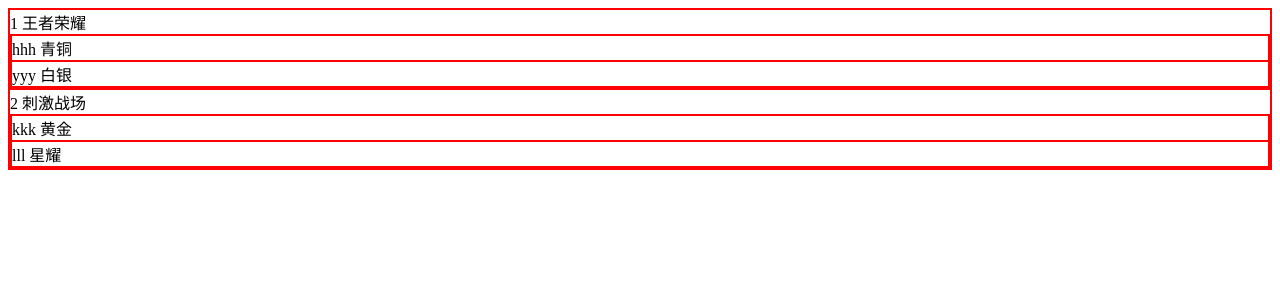
Repository: eheihaha2/whoisthespy-
Page: webDemo/WebContent/test3.html
These files come from the project's save history. The page is drawn as it stood at one moment and after the next save; the edit follows.
The browser window is 1280 px wide. The pictures show the whole page.
The page's requests for data from a server got no answer.

Above is the page before, as saved 2020-02-22 10:38:23.

After the next save:
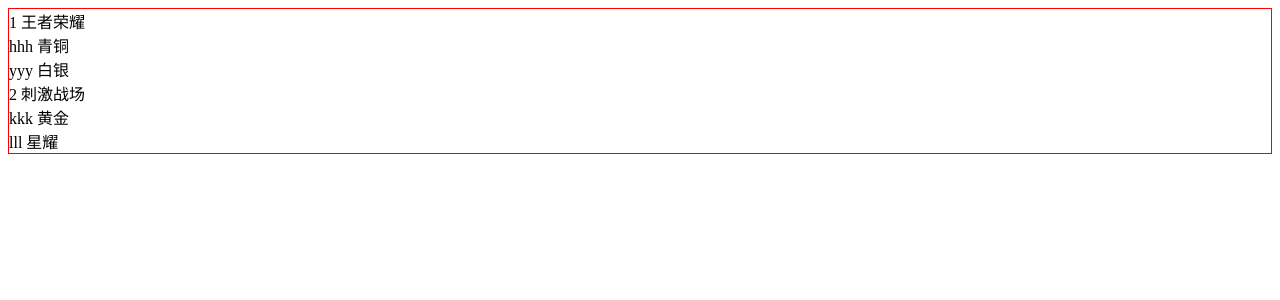
Saved 72 s later.
--- a/webDemo/WebContent/test3.html
+++ b/webDemo/WebContent/test3.html
@@ -5,7 +5,7 @@
 <title>Insert title here</title>
 <script type="text/javascript" src="js/jquery-1.11.0.min.js"></script>
 <style type="text/css">
-	div{
+	body>div{
 		border:1px solid red;
 		magin-top:10px;
 	}
